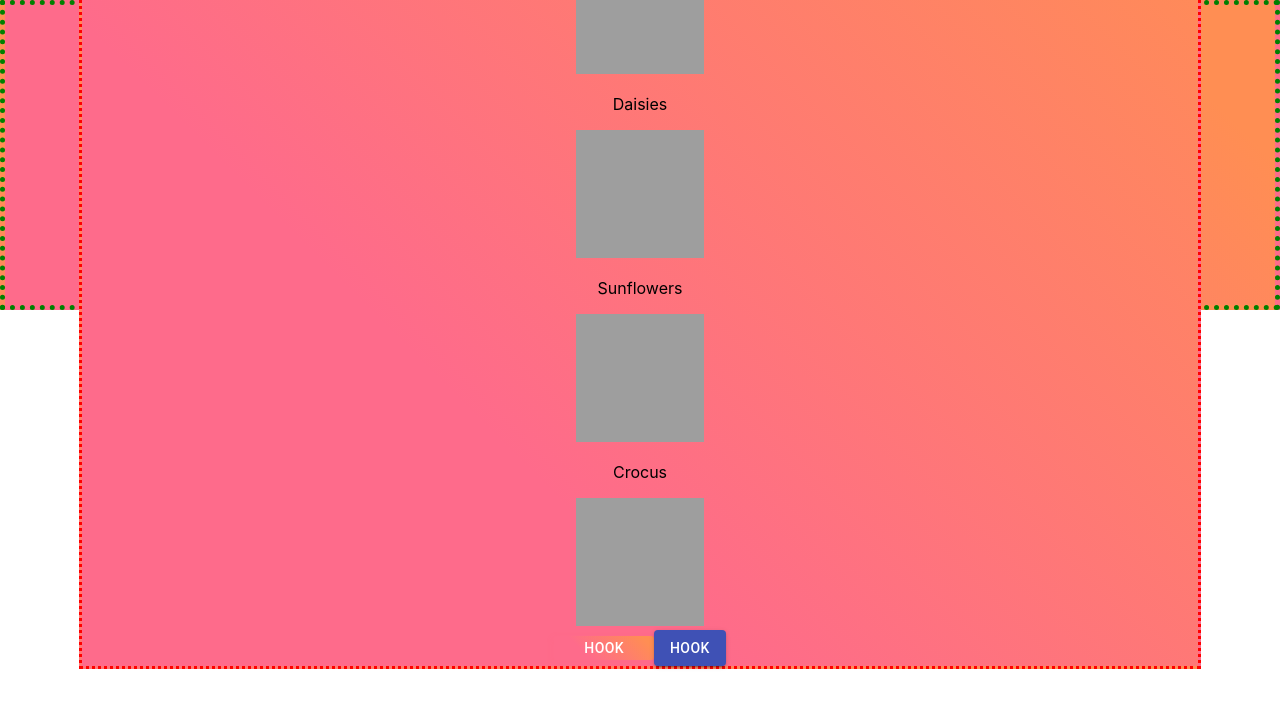
Repository: DevLuDaley/react-flower-shop
Page: /
An editor plug-in stored every save of this project. The page is shown before and after the next save, followed by the edit.
The browser window is 1280 px wide. The pictures show the whole page.
Pictures or frames that could not be fetched are drawn as grey boxes. The project was rebuilt for these pictures with package versions that can differ from the ones it lists, and the page was loaded fresh each time.

Above is the page before, as saved 2021-02-19 21:50:00.

After the next save:
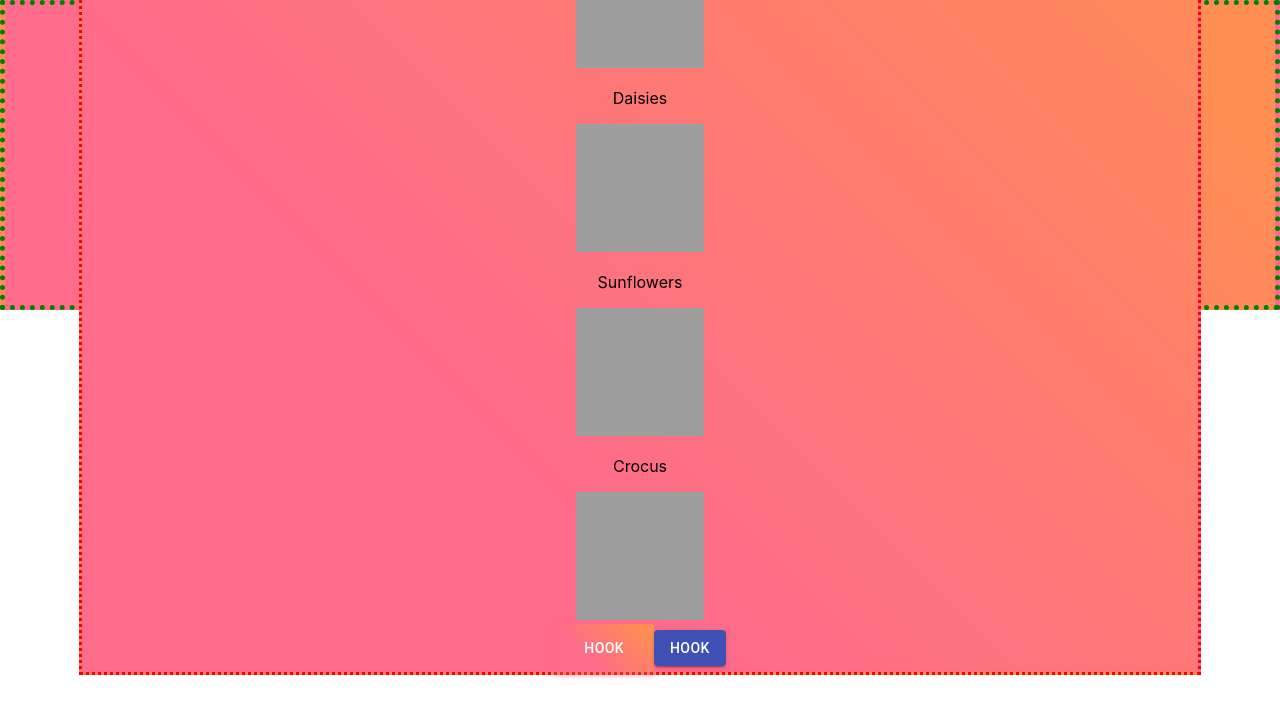
Saved 24 s later.
--- a/src/components/FlowerGallery.js
+++ b/src/components/FlowerGallery.js
@@ -13,7 +13,7 @@
     borderRadius: 3,
     boxShadow: '0 3px 5px 2px rgba(255, 105, 135, .3)',
     color: 'white',
-    // height: 48,
+    height: 48,
     padding: '0 30px',
   },
 });

After the save that followed:
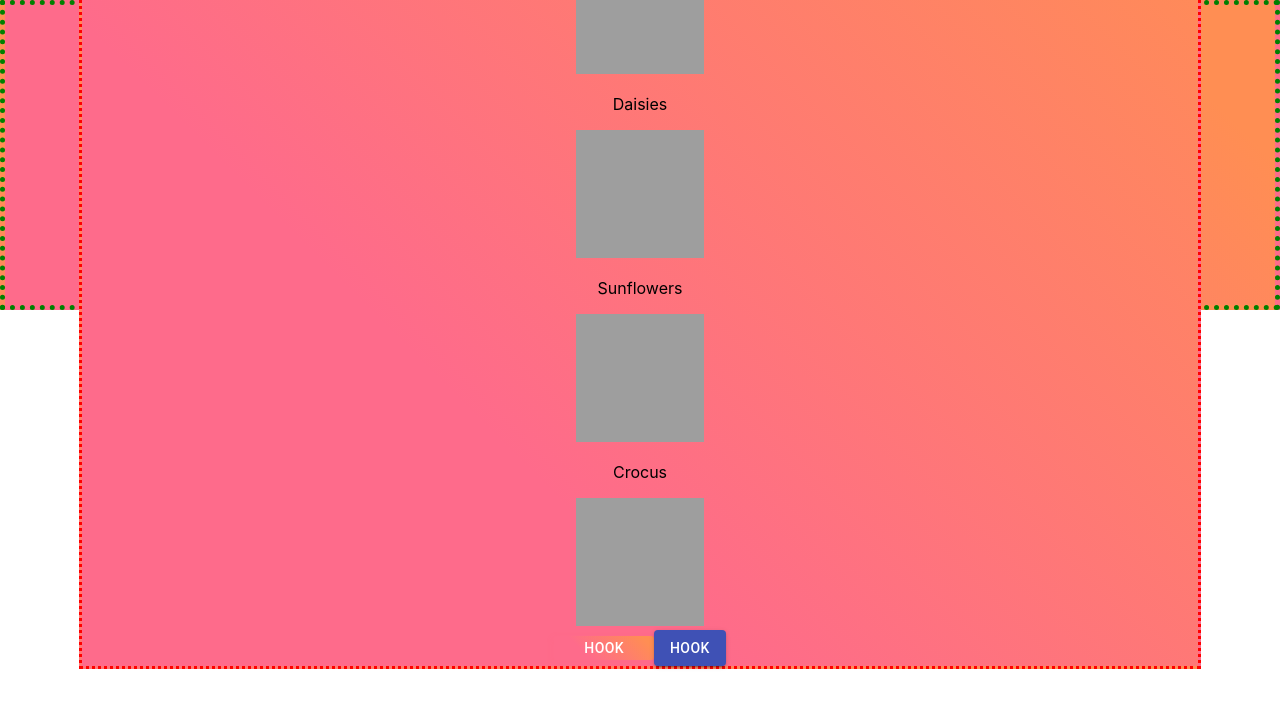
Saved 9 s later.
--- a/src/components/FlowerGallery.js
+++ b/src/components/FlowerGallery.js
@@ -13,7 +13,7 @@
     borderRadius: 3,
     boxShadow: '0 3px 5px 2px rgba(255, 105, 135, .3)',
     color: 'white',
-    height: 48,
+    height: 'auto',
     padding: '0 30px',
   },
 });
